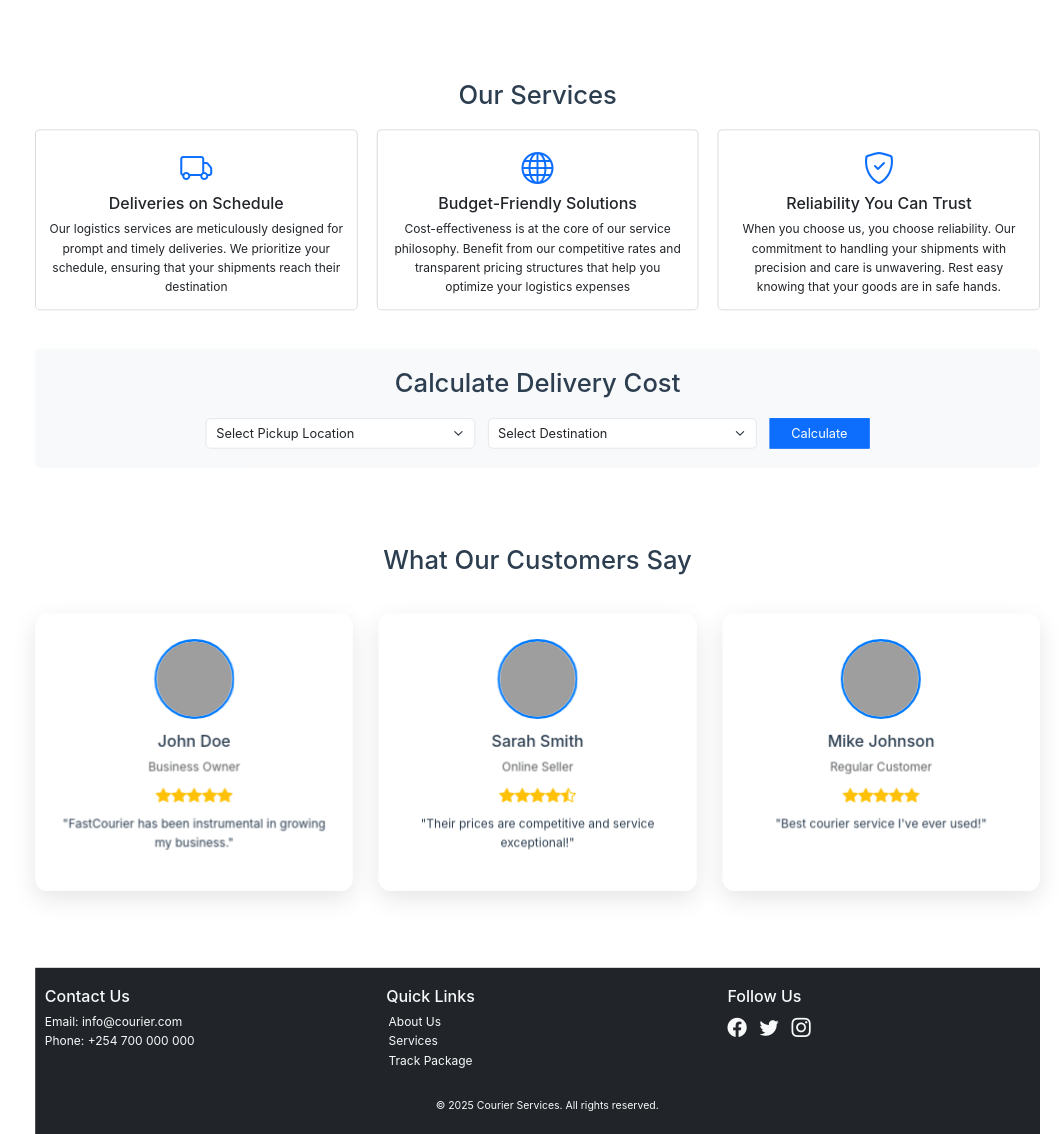
Repository: stancillous/package-yangu-logistics
Page: /
An editor plug-in stored every save of this project. The page is shown before and after a run of saves, followed by the edit.
The browser window is 1280 px wide. The page is 1324 px wide, so the pictures cover 1324 px, including what lies to the right of the window. The pictures show the part of the page from y = 676 to 2094 px (the page is 2094 px tall), at 80% of full size.
Pictures or frames that could not be fetched are drawn as grey boxes. The project was rebuilt for these pictures with package versions that can differ from the ones it lists, and the page was loaded fresh each time. Also part of the build but not shown: vite.config.ts.

Above is the page before, as saved 2025-01-31 14:09:44.

After the next 3 saves:
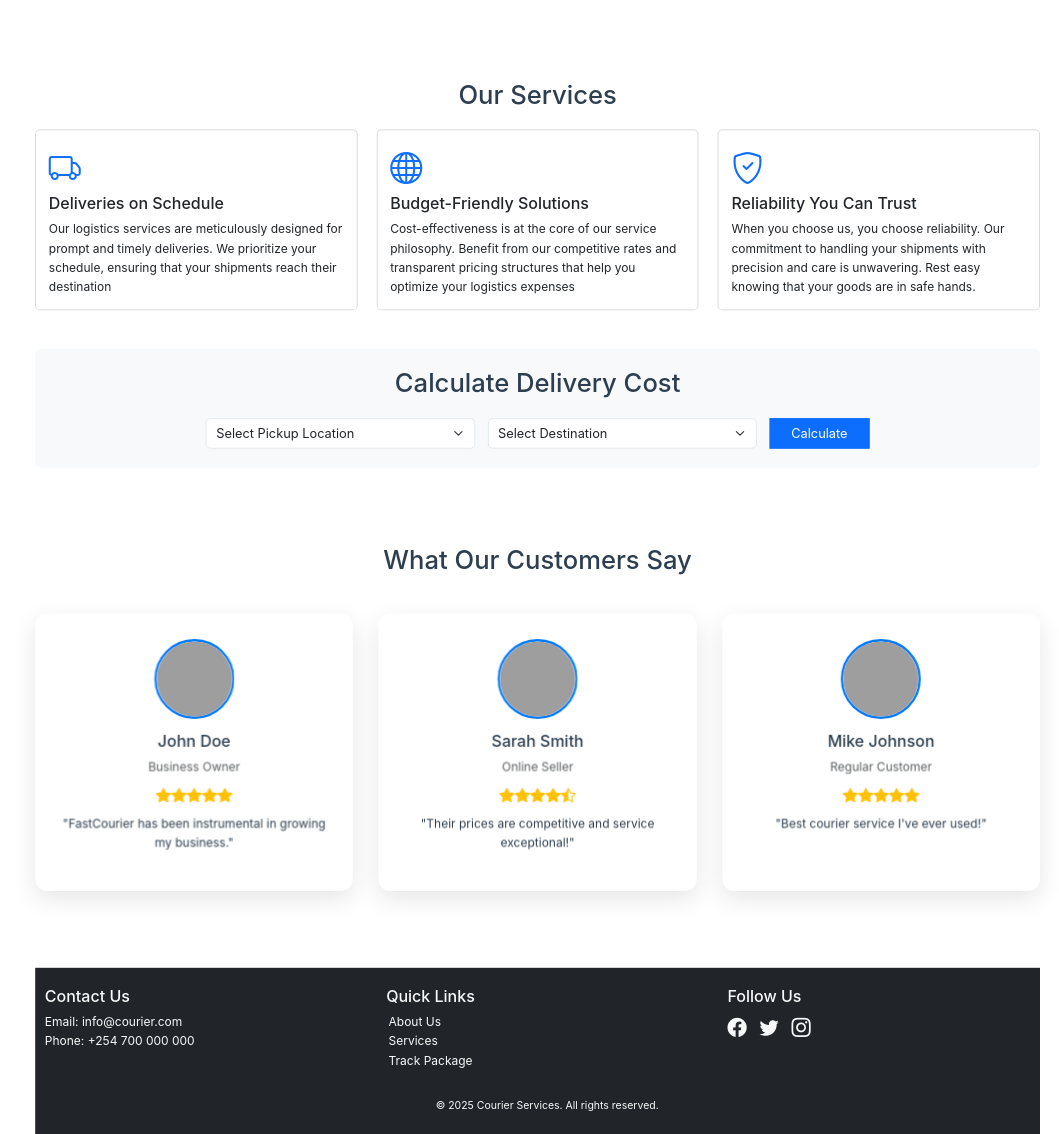
The 3 saves are shown as one change because they came seconds apart.
The last was saved 13 s later.
--- a/src/views/Index.vue
+++ b/src/views/Index.vue
@@ -39,7 +39,7 @@
           <div class="row g-4">
             <div class="col-md-4">
               <div class="card h-100">
-                <div class="card-body text-center">
+                <div class="card-body">
                   <i class="bi bi-truck fs-1 text-primary mb-3"></i>
                   <h5 class="card-title">Deliveries on Schedule</h5>
                   <p class="card-text">Our logistics services are meticulously designed for prompt and timely deliveries. We prioritize your schedule, ensuring that your shipments reach their destination</p>
@@ -48,7 +48,7 @@
             </div>
             <div class="col-md-4">
               <div class="card h-100">
-                <div class="card-body text-center">
+                <div class="card-body">
                   <i class="bi bi-globe fs-1 text-primary mb-3"></i>
                   <h5 class="card-title">Budget-Friendly Solutions</h5>
                   <p class="card-text">Cost-effectiveness is at the core of our service philosophy. Benefit from our competitive rates and transparent pricing structures that help you optimize your logistics expenses</p>
@@ -57,7 +57,7 @@
             </div>
             <div class="col-md-4">
               <div class="card h-100">
-                <div class="card-body text-center">
+                <div class="card-body">
                   <i class="bi bi-shield-check fs-1 text-primary mb-3"></i>
                   <h5 class="card-title">Reliability You Can Trust</h5>
                   <p class="card-text">When you choose us, you choose reliability. Our commitment to handling your shipments with precision and care is unwavering. Rest easy knowing that your goods are in safe hands.</p>
